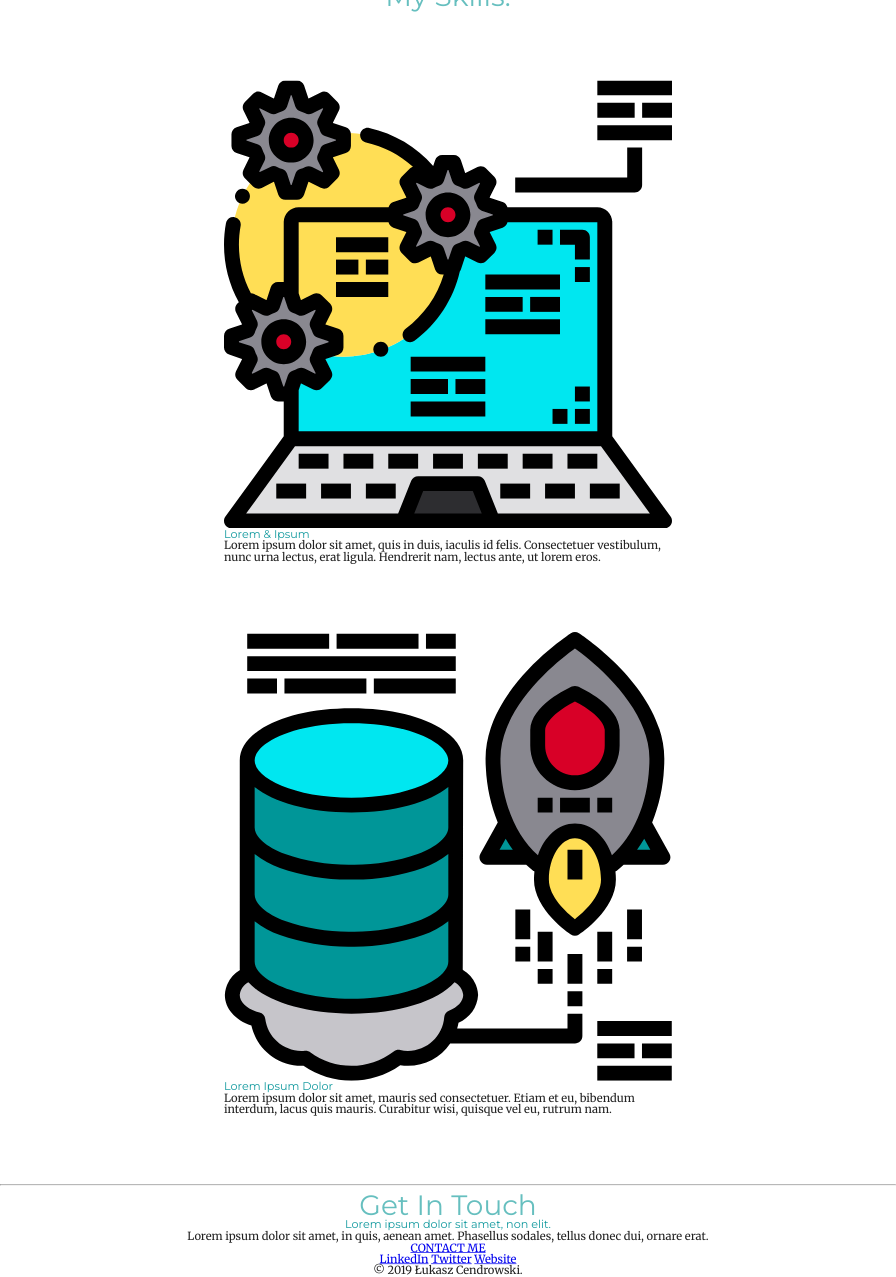
Repository: Isanderr/simple_landing_page-1
Page: index.html
The author's editor kept a copy of each file at every save. The page is drawn from the files as they stood at one save, then again after the next save.
The browser window is 1280 px wide. The pictures show the part of the page from y = 1137 to 3057 px (the page is 2961 px tall before and 3057 px after), at 70% of full size.
A picture or video elsewhere on the page could not be fetched, so the positions and the page height are approximate.

Above is the page before, as saved 2019-01-31 22:41:56.

### index.html
<!DOCTYPE html>
<html lang="en">

    <head>
        <meta charset="UTF-8">
        <meta name="viewport" content="width=device-width, initial-scale=1.0">
        <meta http-equiv="X-UA-Compatible" content="ie=edge">
        <title>CendrowskiL</title>
        <link rel="stylesheet" href="css/reset.css">
        <link rel="stylesheet" href="css/styles.css">
        <link rel="shortcut icon" href="img/favicon.ico" type="image/x-icon">
        <link href="https://fonts.googleapis.com/css?family=Merriweather|Montserrat|Sacramento" rel="stylesheet">
    </head>

    <body>
    </body>
    <div class="top-container">
        <img class="top-cloud" src="img/cloud.png" alt="cloud-image">
        <h1>I'm Luke</h1>
        <h2>a <span class="pro">pro</span>grammer.</h2>
        <img class="bottom-cloud" src="img/cloud.png" alt="cloud-image">
        <img src="img/mountain.png" alt="mountain-image">
    </div>
    <div class="middle-container">
        <div class="profile">
            <img src="img/man.svg" alt="man">
            <h2>Hello.</h2>
            <p>Lorem ipsum dolor sit amet, vitae volutpat, dui conubia, dolor urna. Non auctor, montes nulla
                distinctio.</p>
        </div>
        <hr>
        <div class="skills">
            <h2>My Skills.</h2>
            <div class="skill-row">
                <img class="" src="img/optimize.svg" alt="computer">
                <h3>Lorem & Ipsum</h3>
                <p>Lorem ipsum dolor sit amet, quis in duis, iaculis id felis. Consectetuer vestibulum, nunc urna
                    lectus, erat ligula. Hendrerit nam, lectus ante, ut lorem eros.</p>
            </div>
            <div class="skill-row">
                <img class="" src="img/hosting.svg" alt="rocket-databes">
                <h3>Lorem Ipsum Dolor</h3>
                <p>Lorem ipsum dolor sit amet, mauris sed consectetuer. Etiam et eu, bibendum interdum, lacus quis
                    mauris. Curabitur wisi, quisque vel eu, rutrum nam.</p>
            </div>
        </div>
        <hr>
        <div class="contact-me">
            <h2>Get In Touch</h2>
            <h3>Lorem ipsum dolor sit amet, non elit.</h3>
            <p>Lorem ipsum dolor sit amet, in quis, aenean amet. Phasellus sodales, tellus donec dui, ornare erat.</p>
            <a class="btn" href="mailto:name@email.com">CONTACT ME</a>
        </div>
    </div>
    <div class="bottom-container">
        <a class="footer-link" href="https://www.linkedin.com/">LinkedIn</a>
        <a class="footer-link" href="https://twitter.com/">Twitter</a>
        <a class="footer-link" href="https://www.appbrewery.co/">Website</a>
        <p>© 2019 Łukasz Cendrowski.</p>
    </div>
    </body>

</html>

### css/styles.css
/* font-family: 'Merriweather', serif;
font-family: 'Sacramento', cursive;
font-family: 'Montserrat', sans-serif; */

body{
    margin: 0;
    text-align: center;
    font-family: 'Merriweather', serif;
}

h1 {
    color: #66bfbf;
    margin-top: 50px auto 0 auto;
    font-family: 'Sacramento', cursive;
    font-size: 5.625rem;
}
h2 {
    font-size: 2.5rem;
    font-family: 'Montserrat', sans-serif;
    color: #66bfbf;
    font-weight: normal;
}
h3 {
    font-family: 'Montserrat', sans-serif;
    color: #11999E;
}


.top-container {
background-color: #E4f9f5;
position: relative;
padding-top: 100px;
}

.middle-container {

}

.bottom-container{

}

.pro {
    text-decoration: underline;
}

.top-cloud{
position: absolute;
right: 300px;
top: 50px;
}
.bottom-cloud {
position: absolute;
left: 300px;
bottom: 300px;
}

.profile {
    width: 50%;
    margin: auto;
    margin: 100px auto 100px auto;
}

.skill-row {
    width: 50%;
    margin: auto;
    margin: 100px auto 100px auto;
    text-align: left;
}

Loaded but not shown: css/reset.css (common file)

After the next save:
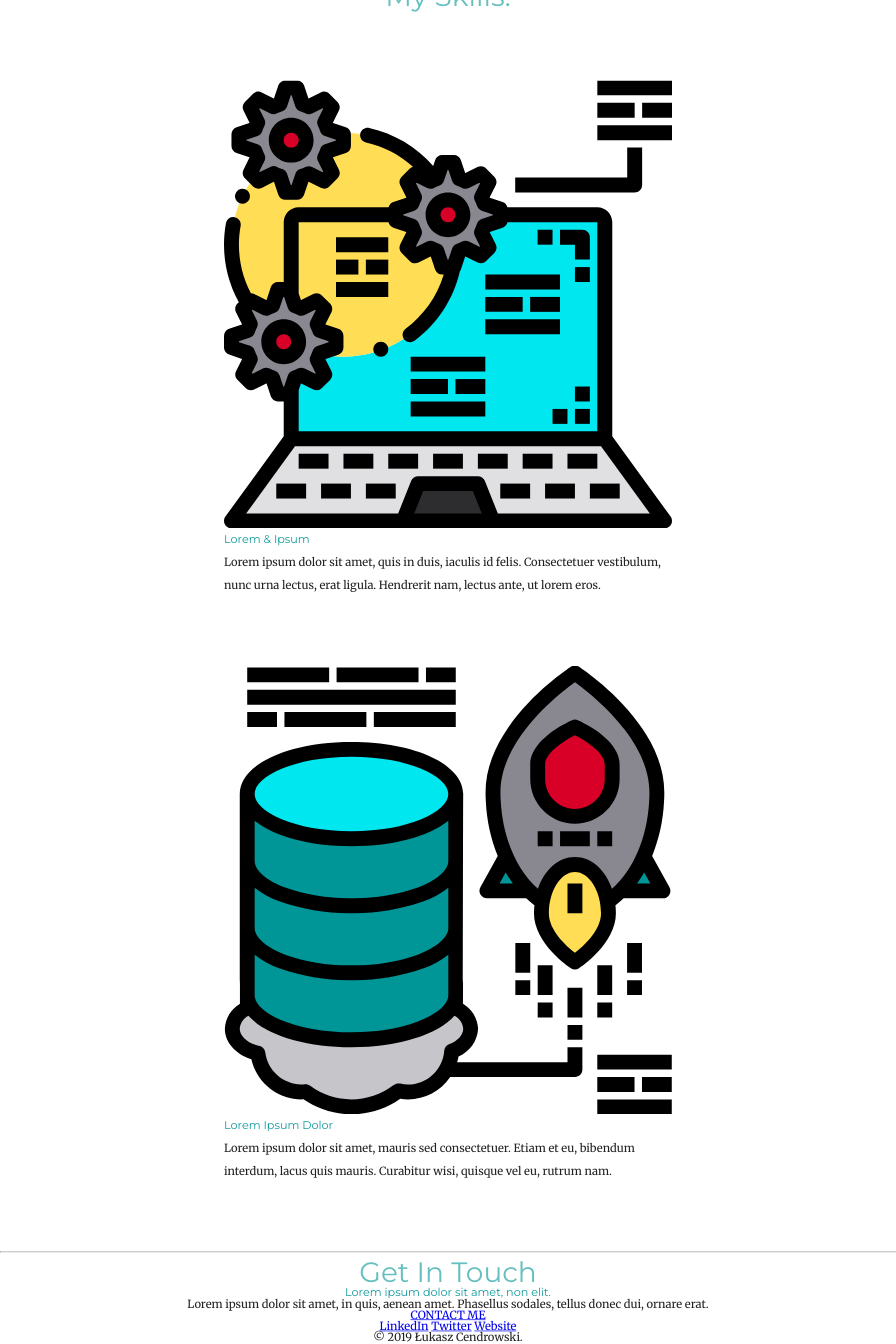
Saved 38 s later.
--- a/css/styles.css
+++ b/css/styles.css
@@ -66,4 +66,5 @@ bottom: 300px;
     margin: auto;
     margin: 100px auto 100px auto;
     text-align: left;
+    line-height: 2;
 }
